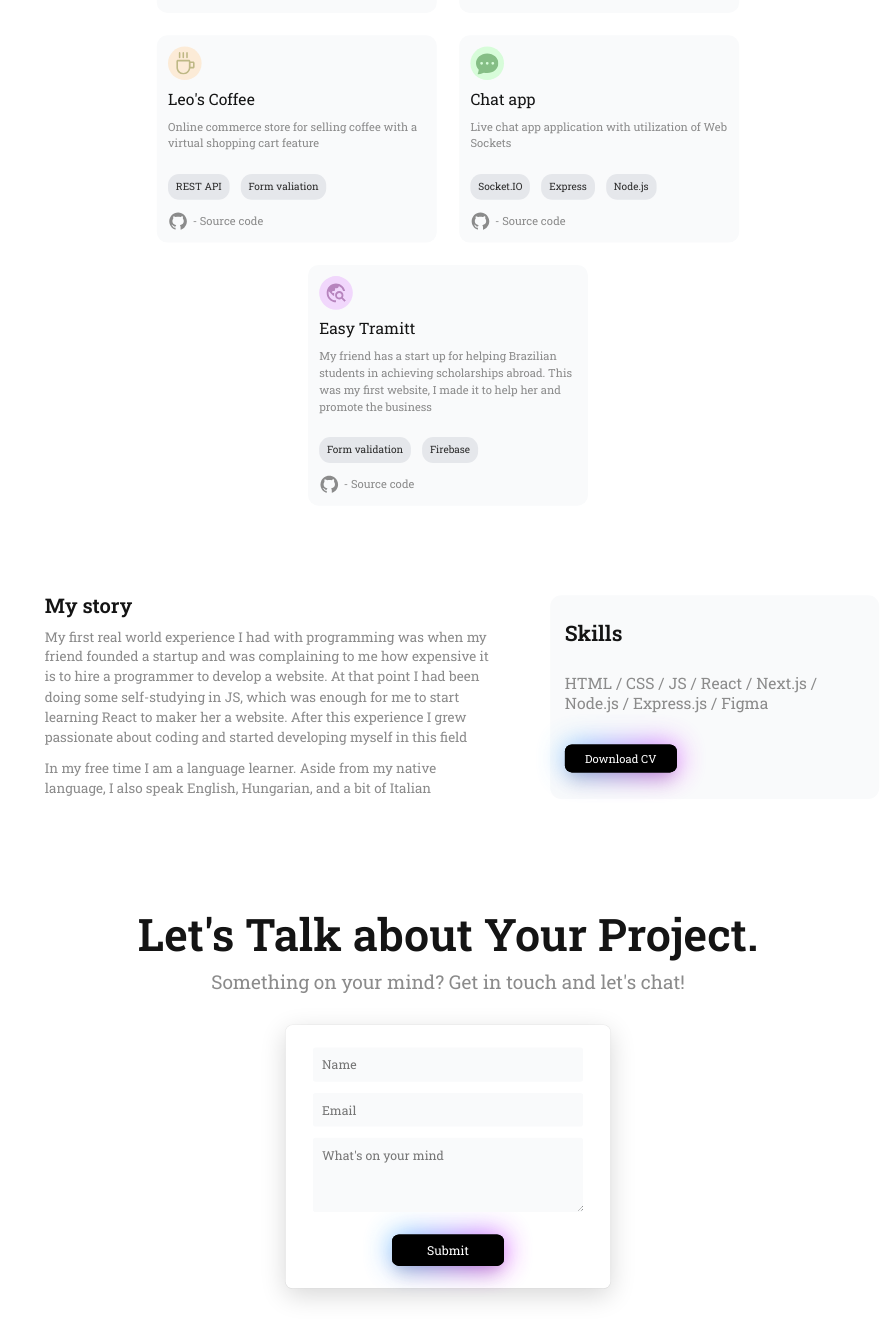
Repository: Leoka2000/portfolio-final
Page: /
An editor plug-in stored every save of this project. The page is shown before and after the next save, followed by the edit.
The browser window is 1280 px wide. The pictures show the part of the page from y = 1129 to 3049 px (the page is 3049 px tall before and 3025 px after), at 70% of full size.
The page's requests for data from a server got no answer. Some web fonts or font styles are not loaded; a fallback is used. The project was rebuilt for these pictures with package versions that can differ from the ones it lists, and the page was loaded fresh each time. No one was signed in, and anything a server would have sent is missing. Also part of the build but not shown: src/App.css. Imported but missing from the stored project, and not drawn on this page: src/assets/LeoCV.pdf.

Above is the page before, as saved 2023-05-10 21:21:05.

After the next save:
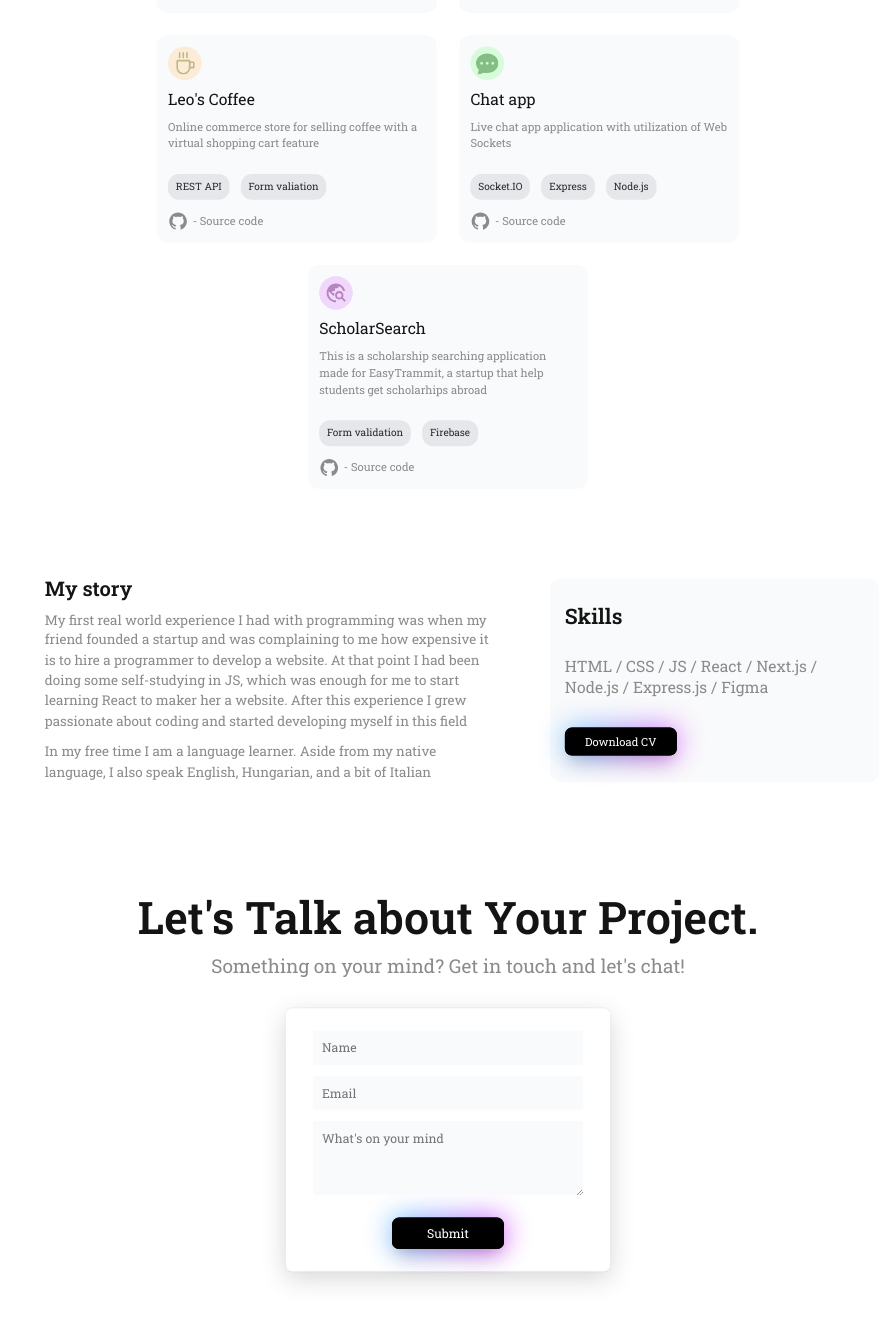
Saved 9 min 45 s later.
--- a/src/pages/main/work/projects/easy/index.jsx
+++ b/src/pages/main/work/projects/easy/index.jsx
@@ -6,8 +6,8 @@ const index = () => {
   return (
     <a href='https://beamish-babka-ea7d99.netlify.app/' className='individual-wrapper'>
       <span id='work-5'><MdTravelExplore/></span>
-      <h1>Easy Tramitt</h1>
-      <p>My friend has a start up for helping Brazilian students in achieving scholarships abroad. This was my first website, I made it to help her and promote the business</p>
+      <h1>ScholarSearch</h1>
+      <p>This is a scholarship searching application made for EasyTrammit, a startup that help students get scholarhips abroad</p>
       <div className='key-wrapper'>
         <span>Form validation</span>
         <span>Firebase</span>
